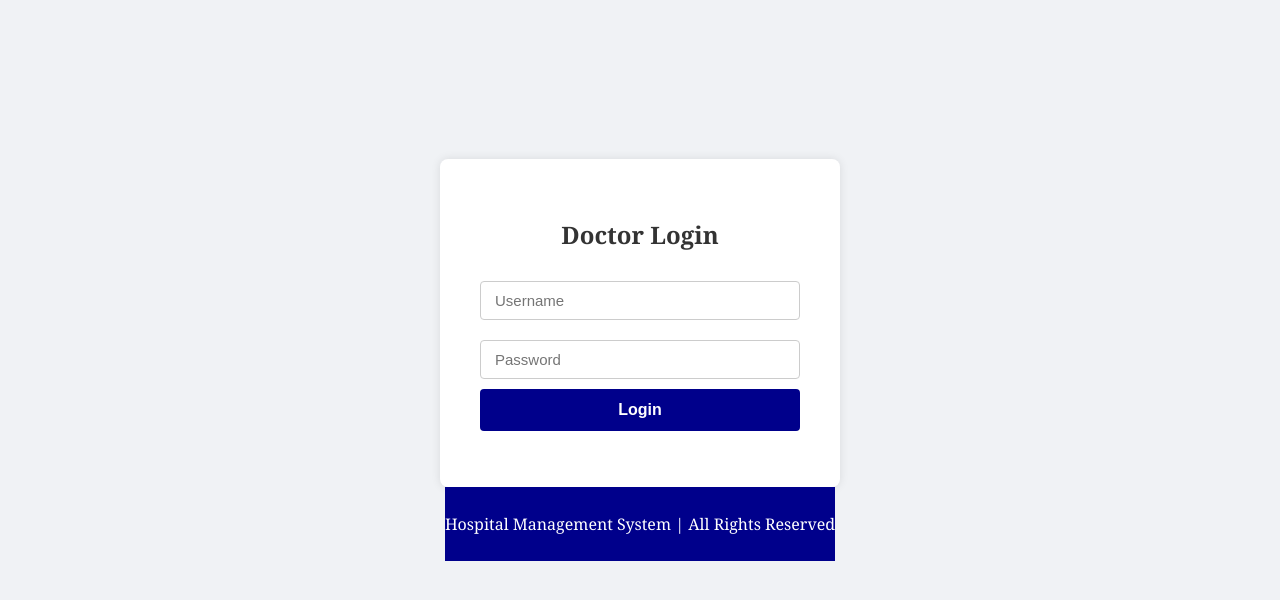
Repository: BinuriJ/HospitalSystem
Page: http://localhost/CyborgSys/login.jsp
These files come from the project's save history. The page is drawn as it stood at one moment and after the next save; the edit follows.
The browser window is 1280 px wide. The pictures show the whole page.
The page is served by Tomcat 9.

Above is the page before, as saved 2025-05-10 02:32:46.

After the next save:
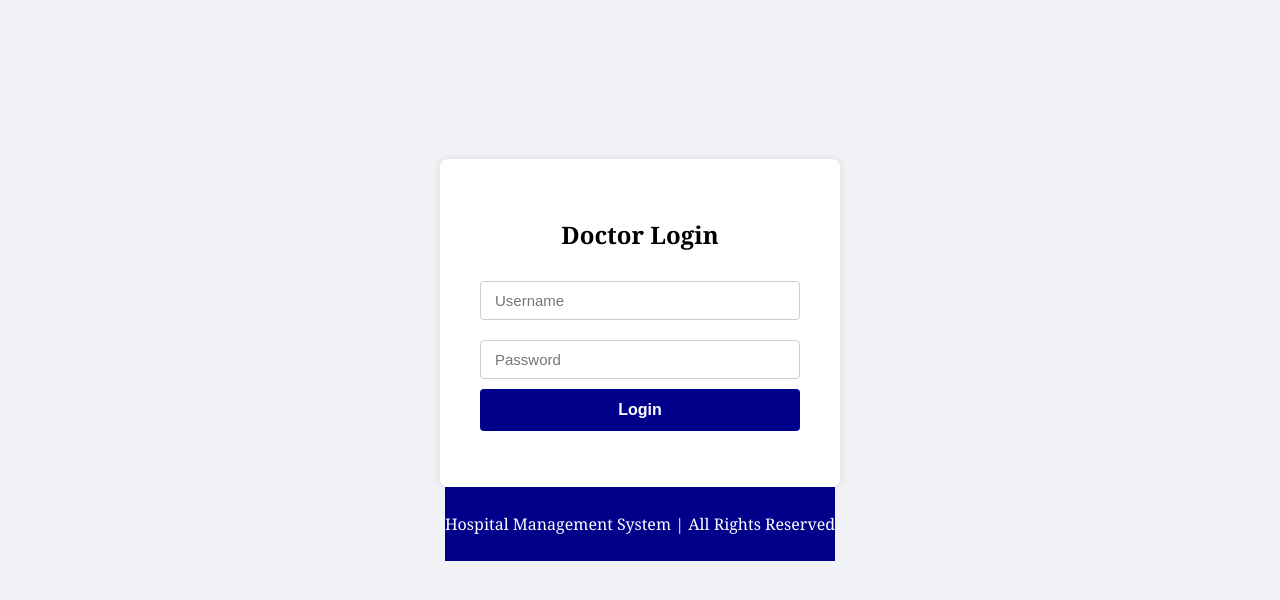
Saved 2 s later.
--- a/CyborgSys/WebContent/doctorLoginCss.jsp
+++ b/CyborgSys/WebContent/doctorLoginCss.jsp
@@ -21,7 +21,7 @@ body {
 
 .login-container h2 {
     margin-bottom: 20px;
-    color: #333;
+    color: black;
 }
 
 .input-field {
